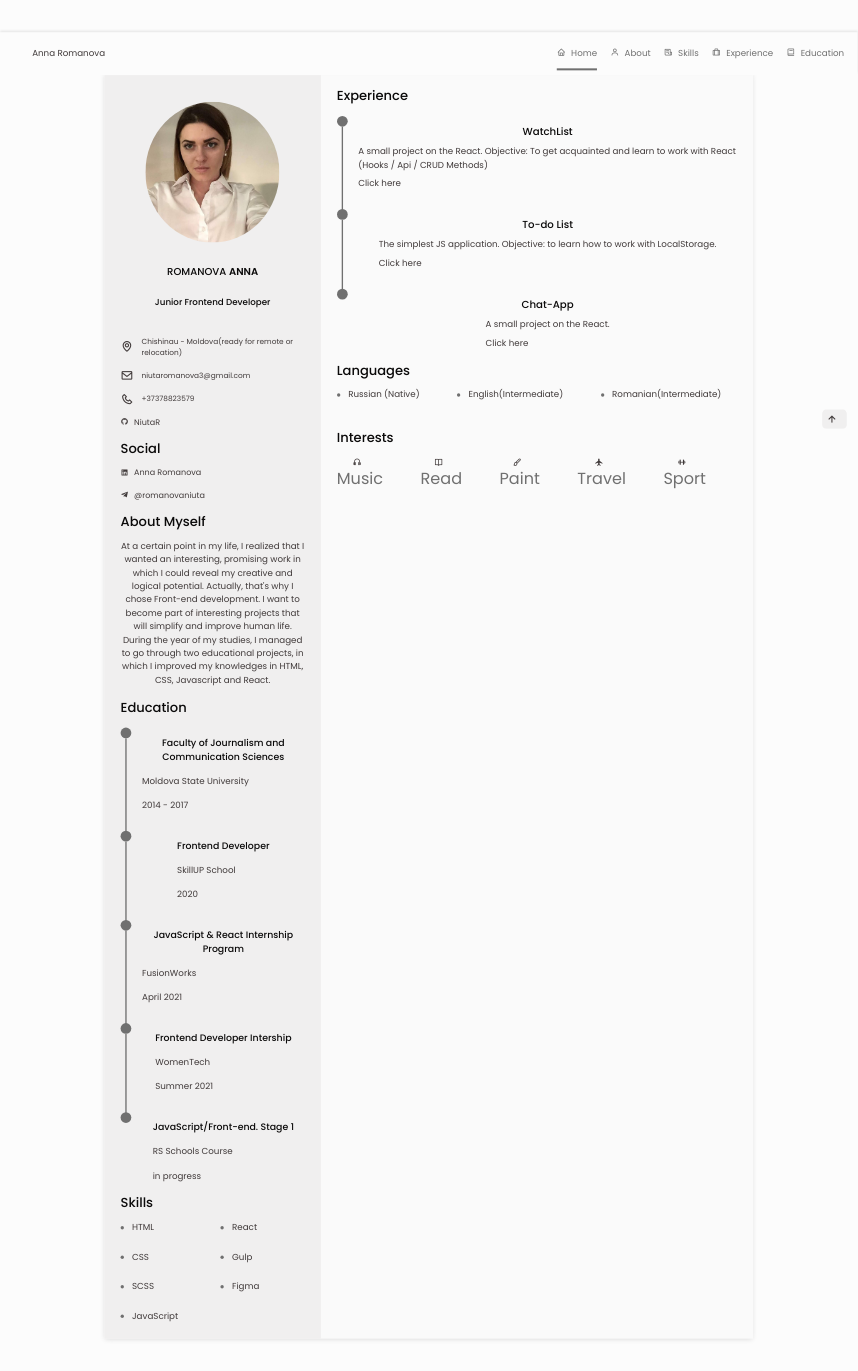
Repository: NiutaR/rsschool-cv
Page: index.html
An editor plug-in stored every save of this project. The page is shown before and after the next save, followed by the edit.
The browser window is 1280 px wide. The pictures show the whole page, at 67% of full size.

Above is the page before, as saved 2021-09-19 19:31:23.

After the next save:
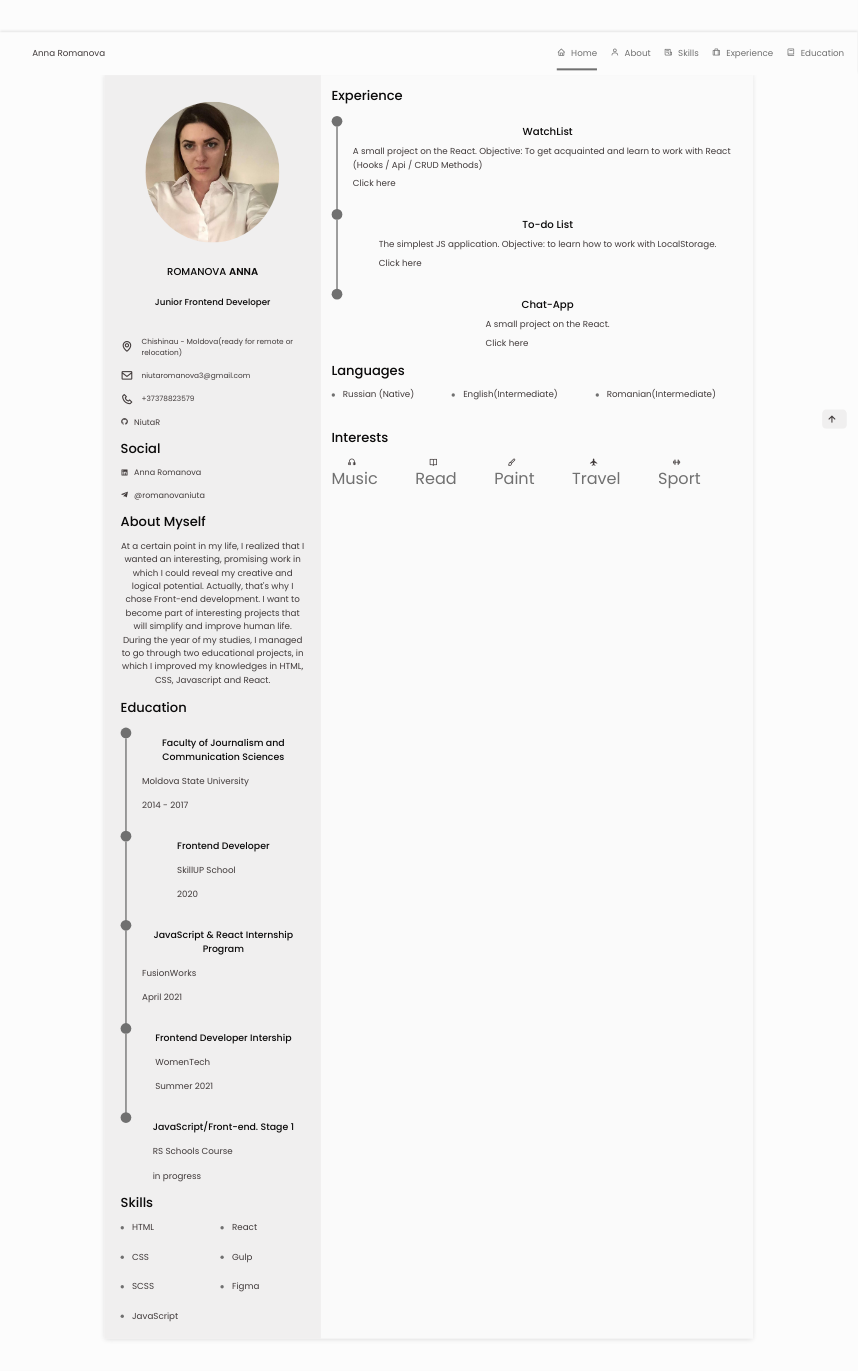
Saved 5 s later.
--- a/src/style.css
+++ b/src/style.css
@@ -64,7 +64,7 @@ body.scale-cv {
 }
 .scale-cv .resume-left,
 .scale-cv .resume__right {
-    padding: ;
+    padding: 0 1rem;
 }
 body {
     margin: 0 0 var(--header-height) 0;
